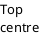
Repository: guehel/Workspace
Program's window: java HelloWorldJavaFx/src/application/Main.java
The author's editor kept a copy of each file at every save. The program's window is drawn from the files as they stood at one save, then again after a run of saves.
It runs on Java 21 on a 1366 x 768 screen with JavaFX 11; the title bar is not drawn.

Above is the program's window before, as saved 2014-09-25 19:03:06.

### HelloWorldJavaFx/src/application/Main.java
package application;

import javafx.application.Application;
import javafx.stage.Stage;
import javafx.scene.Scene;
import javafx.scene.layout.BorderPane;
import javafx.scene.text.Text;


public class Main extends Application {
	@Override
	public void start(Stage primaryStage) {
		try {
			BorderPane root = new BorderPane();
			root.setCenter(new Text("centre"));
			root.setTop(new Text("Top"));
			Scene scene = new Scene(root);
			primaryStage.setScene(scene);
			primaryStage.show();
		} catch(Exception e) {
			e.printStackTrace();
		}
	}

	public static void main(String[] args) {
		launch(args);
	}
}

After the next 2 saves:
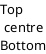
The 2 saves are shown as one change because 1 did not build or start.
The last was saved 29 s later.
--- a/HelloWorldJavaFx/src/application/Main.java
+++ b/HelloWorldJavaFx/src/application/Main.java
@@ -14,6 +14,7 @@
 			BorderPane root = new BorderPane();
 			root.setCenter(new Text("centre"));
 			root.setTop(new Text("Top"));
+			root.setBottom(new Text("Bottom"));
 			Scene scene = new Scene(root);
 			primaryStage.setScene(scene);
 			primaryStage.show();
